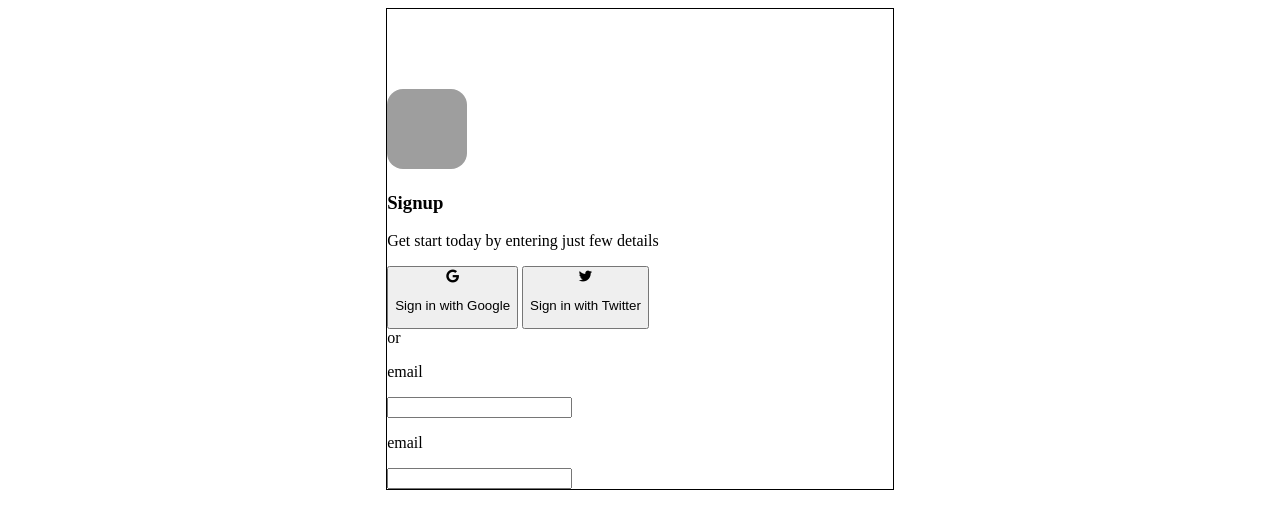
Repository: tungts3qb/Javascript
Page: sign-up/signup.html
An editor plug-in stored every save of this project. The page is shown before and after the next save, followed by the edit.
The browser window is 1280 px wide. The pictures show the whole page.
Pictures or frames that could not be fetched are drawn as grey boxes.

Above is the page before, as saved 2022-12-26 21:53:54.

### sign-up/signup.html
<!DOCTYPE html>
<html lang="en">
  <head>
    <meta charset="UTF-8" />
    <meta http-equiv="X-UA-Compatible" content="IE=edge" />
    <meta name="viewport" content="width=device-width, initial-scale=1.0" />
    <link
      rel="stylesheet"
      href="https://cdnjs.cloudflare.com/ajax/libs/font-awesome/6.2.1/css/all.min.css"
      integrity="sha512-MV7K8+y+gLIBoVD59lQIYicR65iaqukzvf/nwasF0nqhPay5w/9lJmVM2hMDcnK1OnMGCdVK+iQrJ7lzPJQd1w=="
      crossorigin="anonymous"
      referrerpolicy="no-referrer"
    />
    <link rel="stylesheet" href="sign-up.css" />
    <title>Sign up</title>
  </head>
  <body>
    <div class="sign-up-form">
      <div class="sign-up-icon">
        <img
          src="https://images.unsplash.com/photo-1672037253340-1b8b99e8dceb?ixlib=rb-4.0.3&ixid=MnwxMjA3fDB8MHxwaG90by1wYWdlfHx8fGVufDB8fHx8&auto=format&fit=crop&w=387&q=80"
          alt="avatar"
          class="sign-up-logo"
        />
      </div>
      <h3>Signup</h3>
      <p>Get start today by entering just few details</p>
      <button class="sign-up-google">
        <i class="fa-brands fa-google"></i>
        <p>Sign in with Google</p>
      </button>
      <button class="sign-up-twitter">
        <i class="fa-brands fa-twitter"></i>
        <p>Sign in with Twitter</p>
      </button>
      <div>or</div>
      <form action="">
        <p class="sign-up-email">email</p>
        <input type="email" name="" id="" class="input_email" />
        <p class="sign-up-password">email</p>
        <input type="password" name="" id="" class="input_password" />
      </form>
    </div>
  </body>
</html>

### sign-up/sign-up.css
.sign-up-form {
  width: 40%;
  height: auto;
  border: 1px solid black;
  margin: 0 auto;
}

.sign-up-icon img {
  width: 5rem;
  height: 5rem;
  border-radius: 1rem;
  object-fit: cover;
  margin-top: 5rem;
  /* display: flex;
  align-items: center;
  justify-content: center; */
}

After the next save:
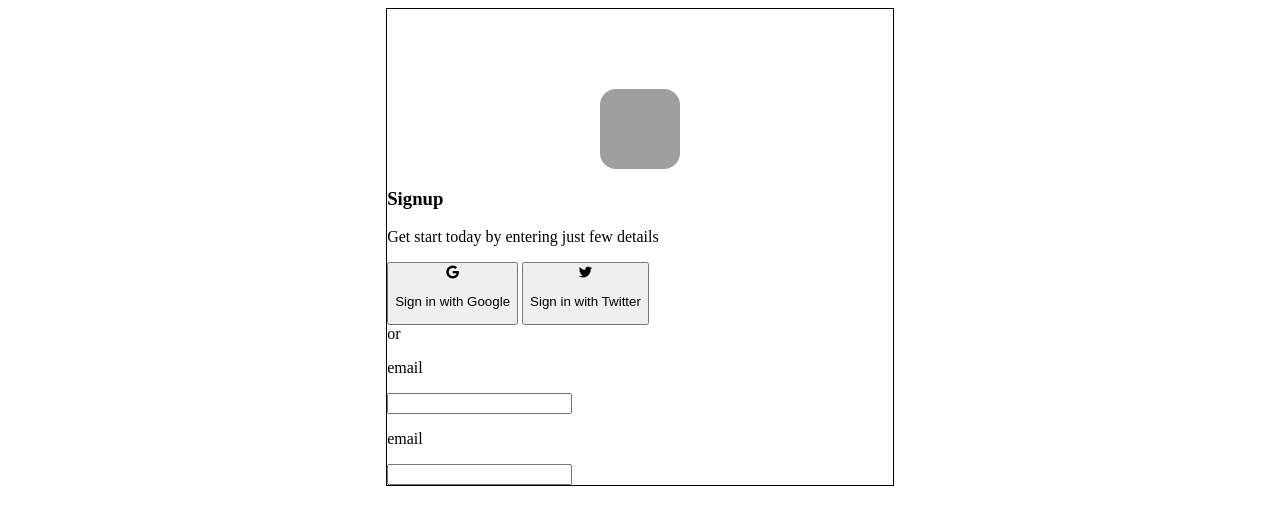
Saved 26 s later.
--- a/sign-up/sign-up.css
+++ b/sign-up/sign-up.css
@@ -11,7 +11,10 @@
   border-radius: 1rem;
   object-fit: cover;
   margin-top: 5rem;
-  /* display: flex;
+}
+
+.sign-up-icon {
+  display: flex;
   align-items: center;
-  justify-content: center; */
+  justify-content: center;
 }
